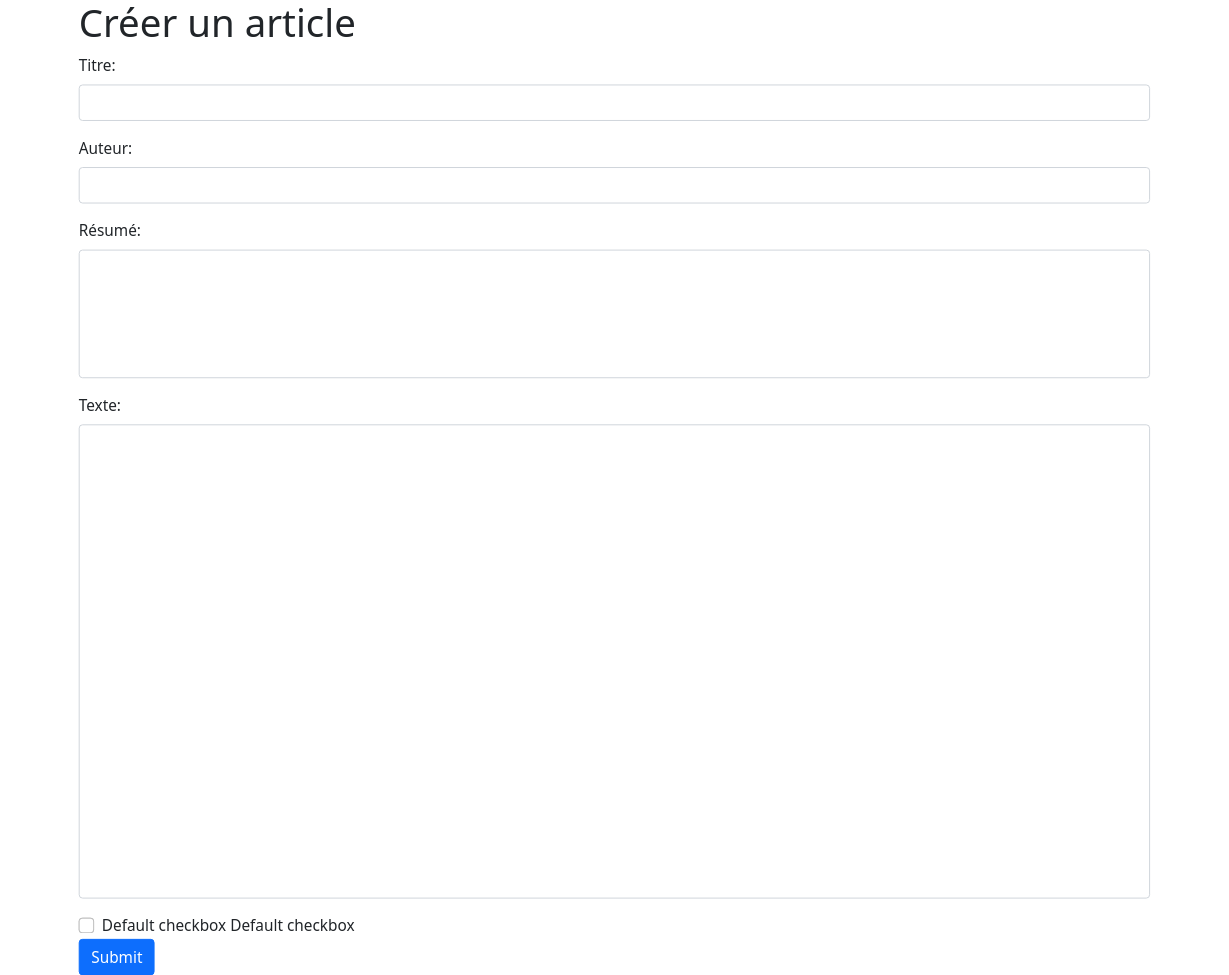
Repository: QuentinFayt/NewsWeb
Page: sources/adminNewsWeb/createArticle.html
The author's editor kept a copy of each file at every save. The page is drawn from the files as they stood at one save, then again after the next save.
The browser window is 1280 px wide. The pictures show the whole page, at 96% of full size.

Above is the page before, as saved 2021-12-23 11:12:32.

After the next save:
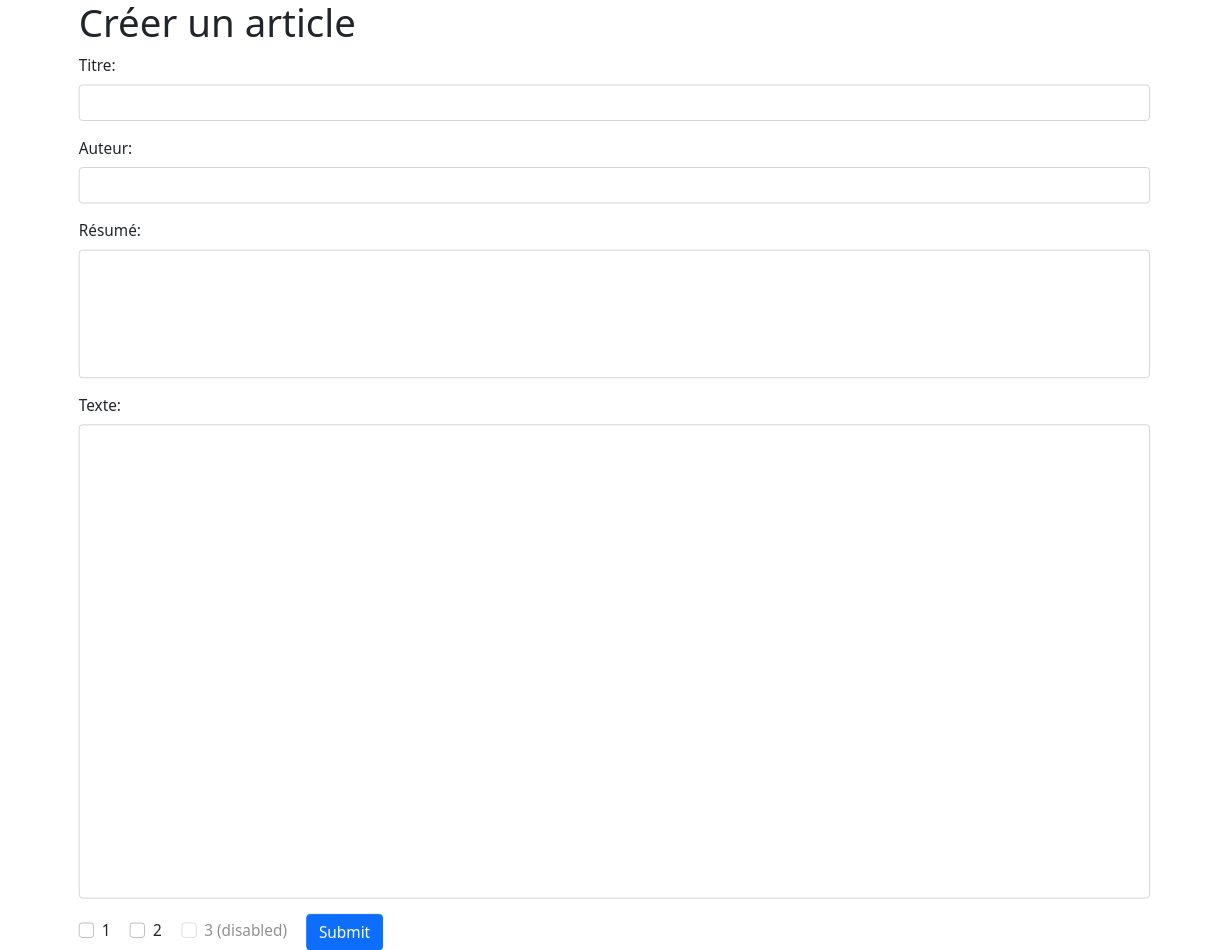
Saved 17 s later.
--- a/sources/adminNewsWeb/createArticle.html
+++ b/sources/adminNewsWeb/createArticle.html
@@ -32,14 +32,17 @@
                 <label for="text" class="form-label">Texte:</label>
                 <textarea class="form-control" id="text" rows="20" style="resize: none;" required></textarea>
             </div>
-            <div class="form-check">
-                <input class="form-check-input" type="checkbox" value="" id="flexCheckDefault">
-                <label class="form-check-label" for="flexCheckDefault">
-                    Default checkbox
-                    <input class="form-check-input" type="checkbox" value="" id="flexCheckDefault">
-                    <label class="form-check-label" for="flexCheckDefault">
-                        Default checkbox
-                    </label>
+            <div class="form-check form-check-inline">
+                <input class="form-check-input" type="checkbox" id="inlineCheckbox1" value="option1">
+                <label class="form-check-label" for="inlineCheckbox1">1</label>
+            </div>
+            <div class="form-check form-check-inline">
+                <input class="form-check-input" type="checkbox" id="inlineCheckbox2" value="option2">
+                <label class="form-check-label" for="inlineCheckbox2">2</label>
+            </div>
+            <div class="form-check form-check-inline">
+                <input class="form-check-input" type="checkbox" id="inlineCheckbox3" value="option3" disabled>
+                <label class="form-check-label" for="inlineCheckbox3">3 (disabled)</label>
             </div>
             <button type="submit" class="btn btn-primary">Submit</button>
         </form>
